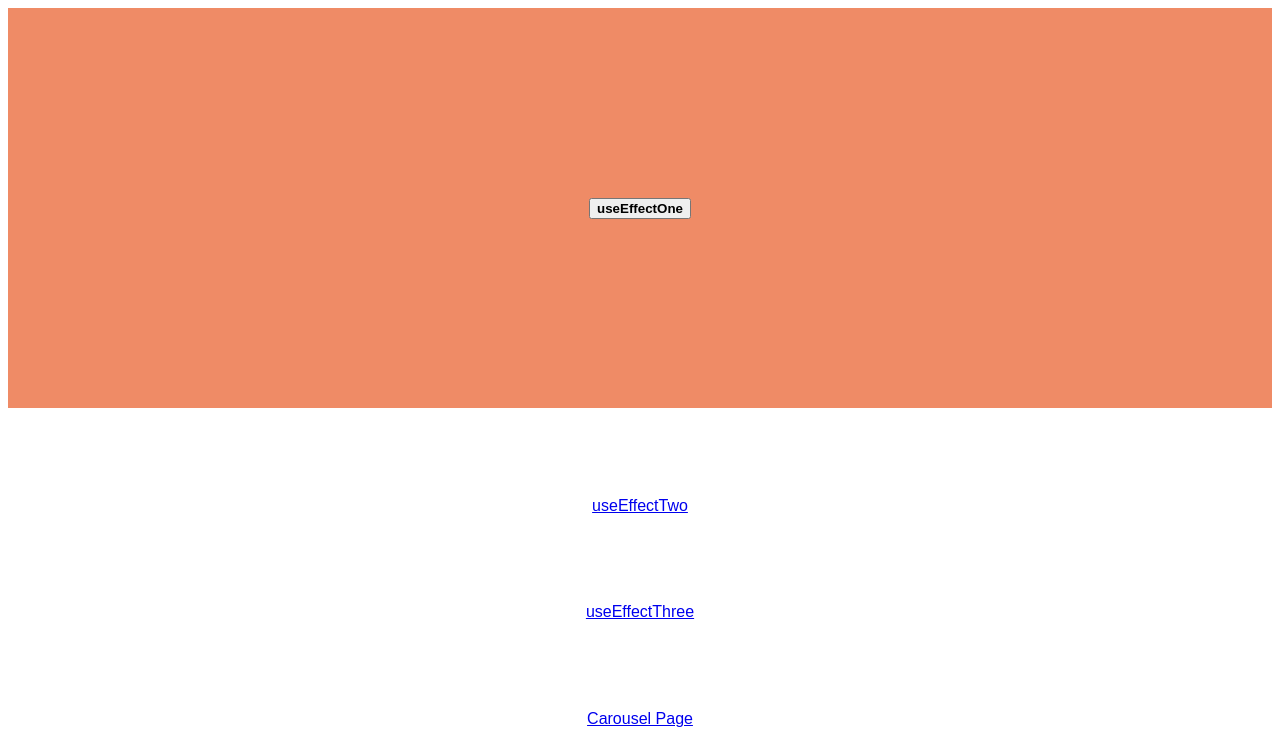
Repository: giovanabirck/class8
Page: /
These files come from the project's save history. The page is drawn as it stood at one moment and after a run of saves; the edit follows.
The browser window is 1280 px wide. The pictures show the whole page.
The project was rebuilt for these pictures with package versions that can differ from the ones it lists, and the page was loaded fresh each time. The framework's server and built-in components were replaced by stand-ins that run in the browser. Also part of the build but not shown: next.config.js.

Above is the page before, as saved 2023-02-23 17:51:30.

### pages/index.js
import Head from 'next/head'
import styles from '@/styles/Home.module.css'
import Link from 'next/link'


export default function Home() {
  return (
    <>
      <Head>
        <title>Create Next App</title>
        <meta name="description" content="Generated by create next app" />
        <meta name="viewport" content="width=device-width, initial-scale=1" />
        <link rel="icon" href="/favicon.ico" />
      </Head>
      <main className={styles.main}>
        <div className={styles.effect_one}>
          <Link href="/useEffectOne">
            <button className={styles.btn}>useEffectOne</button>
          </Link>
        </div>
        <div className={styles.effect_two}>
          <Link href="/useEffectTwo">useEffectTwo</Link>
        </div>
        <div className={styles.effect_three}>
          <Link href="/useEffectThree">useEffectThree</Link>
        </div>
        <div className={styles.carousel}>
          <Link href="/carouselPage">Carousel Page</Link>
        </div>
      </main>
    </>
  )
}

### styles/globals.css
:root {
  --blue: #95CDF9;
  --green: #C3E0CF;
  --orange: #EF8B66;
  --white: #f4f9fd;
  --black: #222222;
  }

### styles/Home.module.css
.main {
  display: flex;
  flex-direction: column;
  justify-content: space-between;
  align-items: center;
  padding: 0rem;
  min-height: 100vh;
  font-family: Arial, Helvetica, sans-serif;
  color: var(--black);

}

.effect_one {
  background-color: var(--orange);
  width: 100%;
  height: 25rem;
  margin: 0rem;
  display: flex;
  justify-content: center;
  align-items: center;
}

.btn {
  font-weight: 900;
}

Loaded but not shown: pages/_app.js (common file); pages/_document.js (common file)

After the next 2 saves:
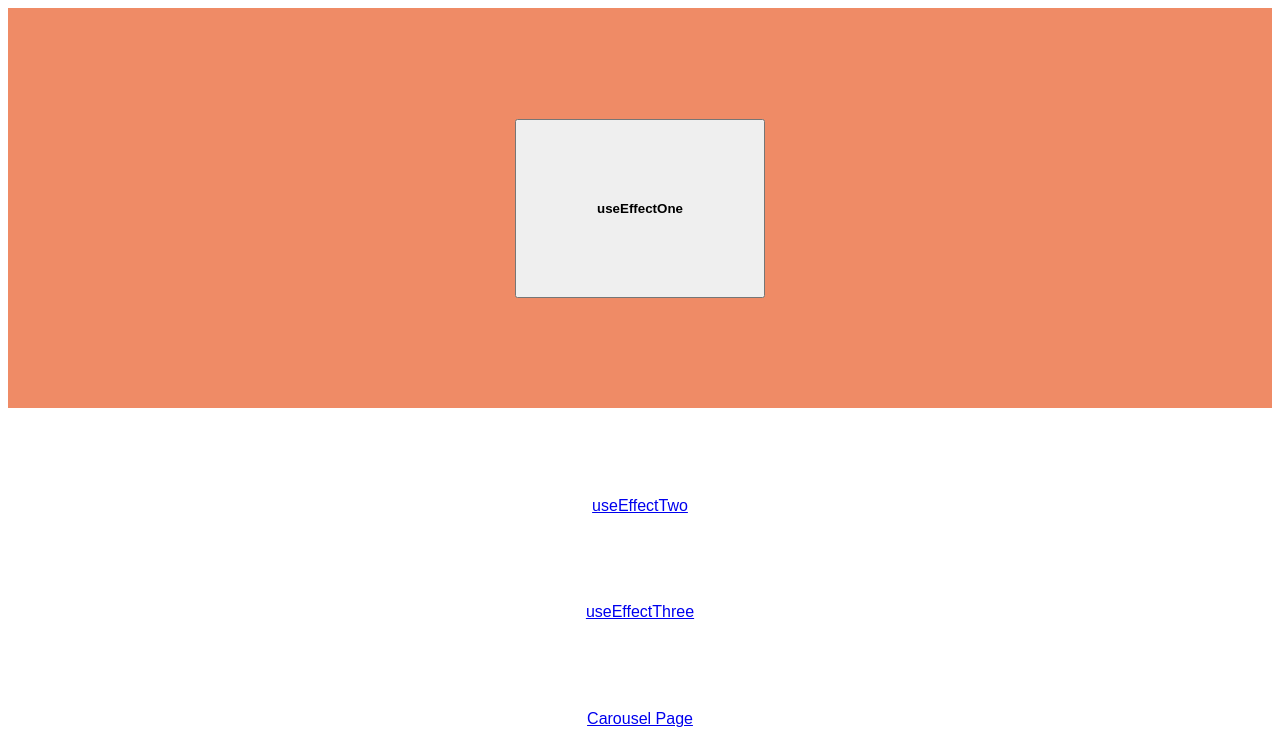
The 2 saves are shown as one change because they came seconds apart.
The last was saved 7 s later.
--- a/styles/Home.module.css
+++ b/styles/Home.module.css
@@ -22,4 +22,5 @@
 
 .btn {
   font-weight: 900;
+  padding: 5rem;
 }
